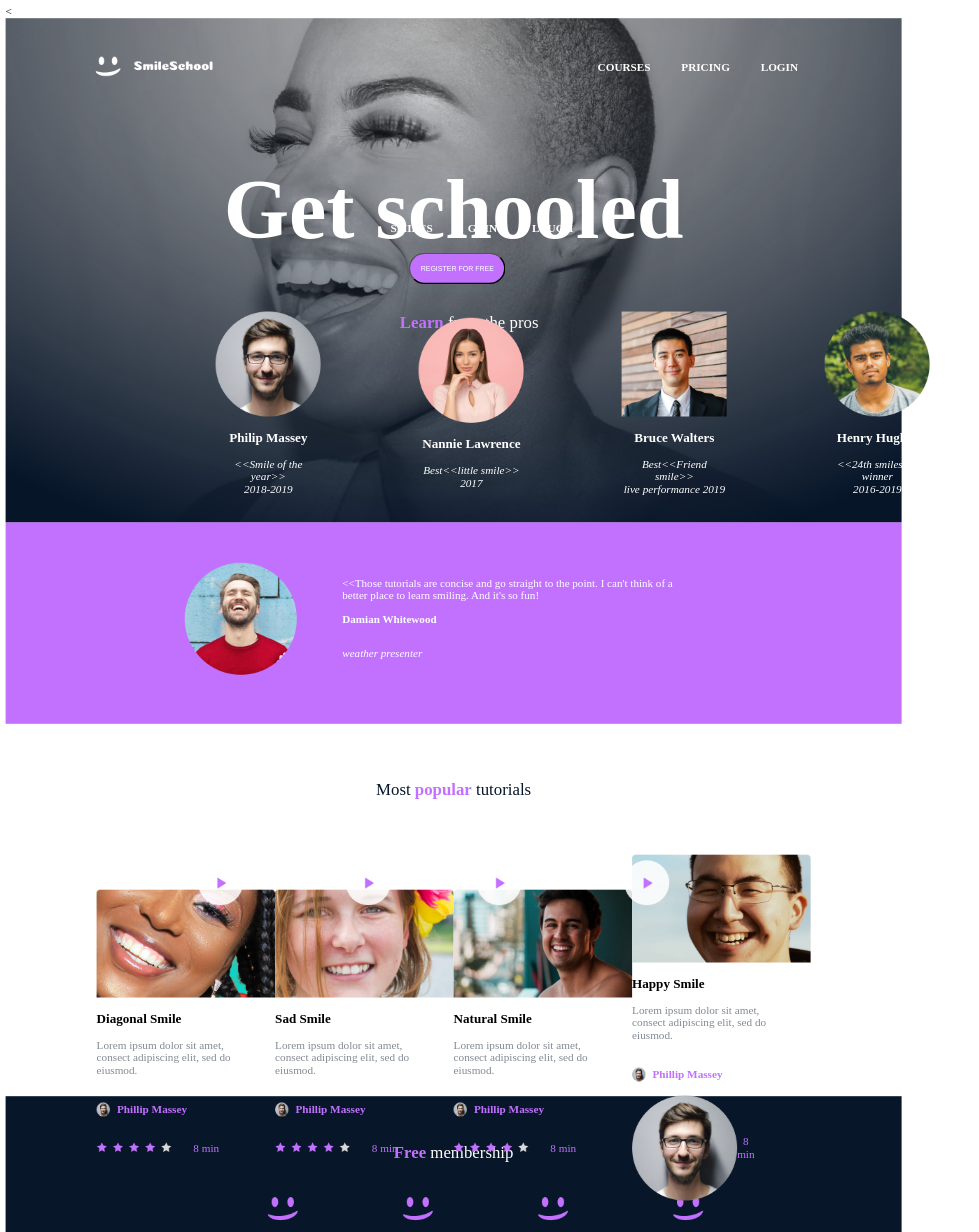
Repository: Patience225/alx_html_css
Page: css_advanced/index.html
These files come from the project's save history. The page is drawn as it stood at one moment and after a run of saves; the edit follows.
The browser window is 1280 px wide. The page is 1398 px wide, so the pictures cover 1398 px, including what lies to the right of the window. The pictures show the part of the page from y = 0 to 1760 px (the page is 2946 px tall before and 2928 px after), at 70% of full size.

Above is the page before, as saved 2025-01-03 11:28:16.

After the next 3 saves:
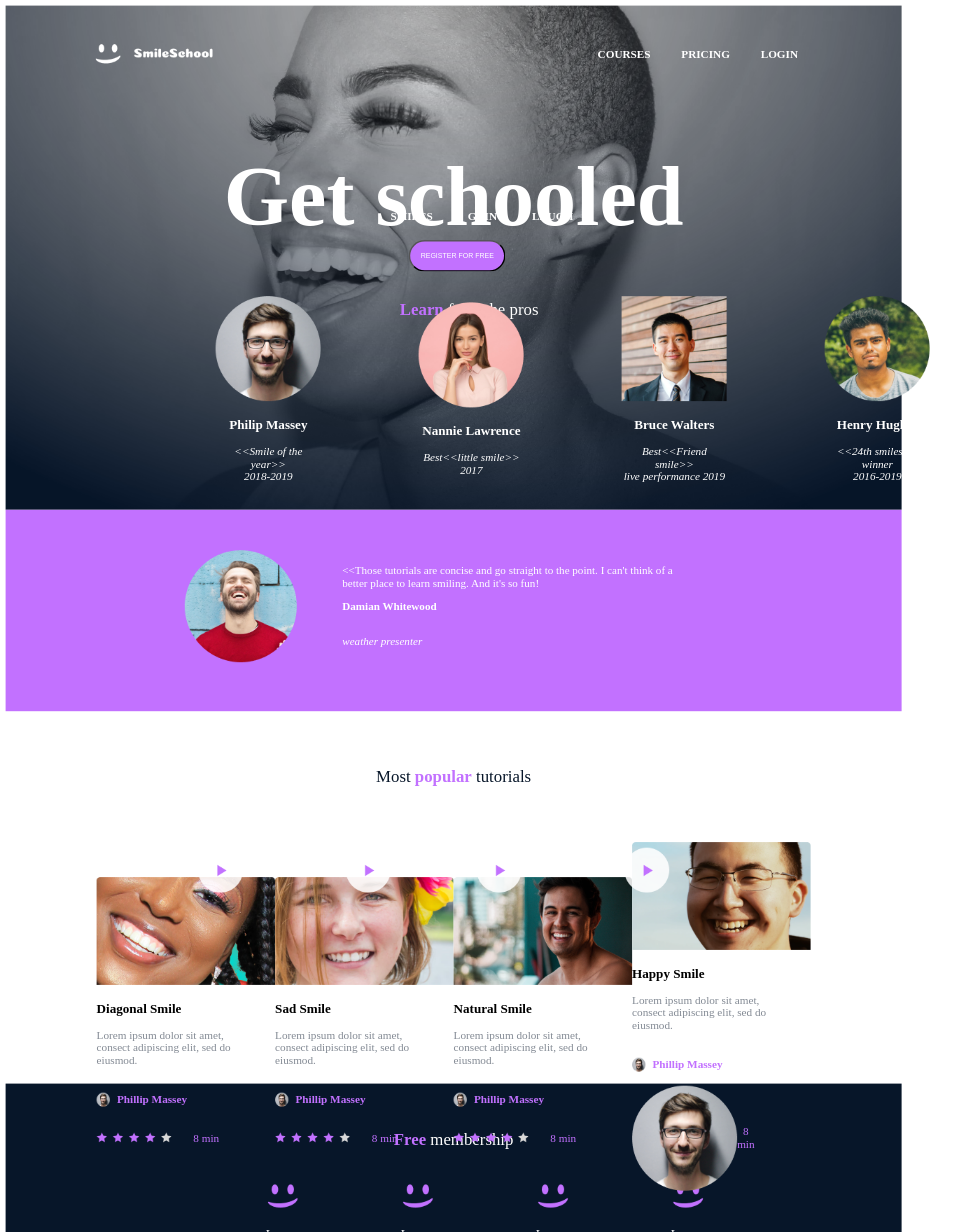
The 3 saves are shown as one change because they came seconds apart.
The last was saved 12 s later.
--- a/css_advanced/index.html
+++ b/css_advanced/index.html
@@ -1,4 +1,4 @@
-<<!DOCTYPE html>
+<!DOCTYPE html>
 <html lang="en">
   <head>
     <meta charset="UTF-8" />

After the save that followed:
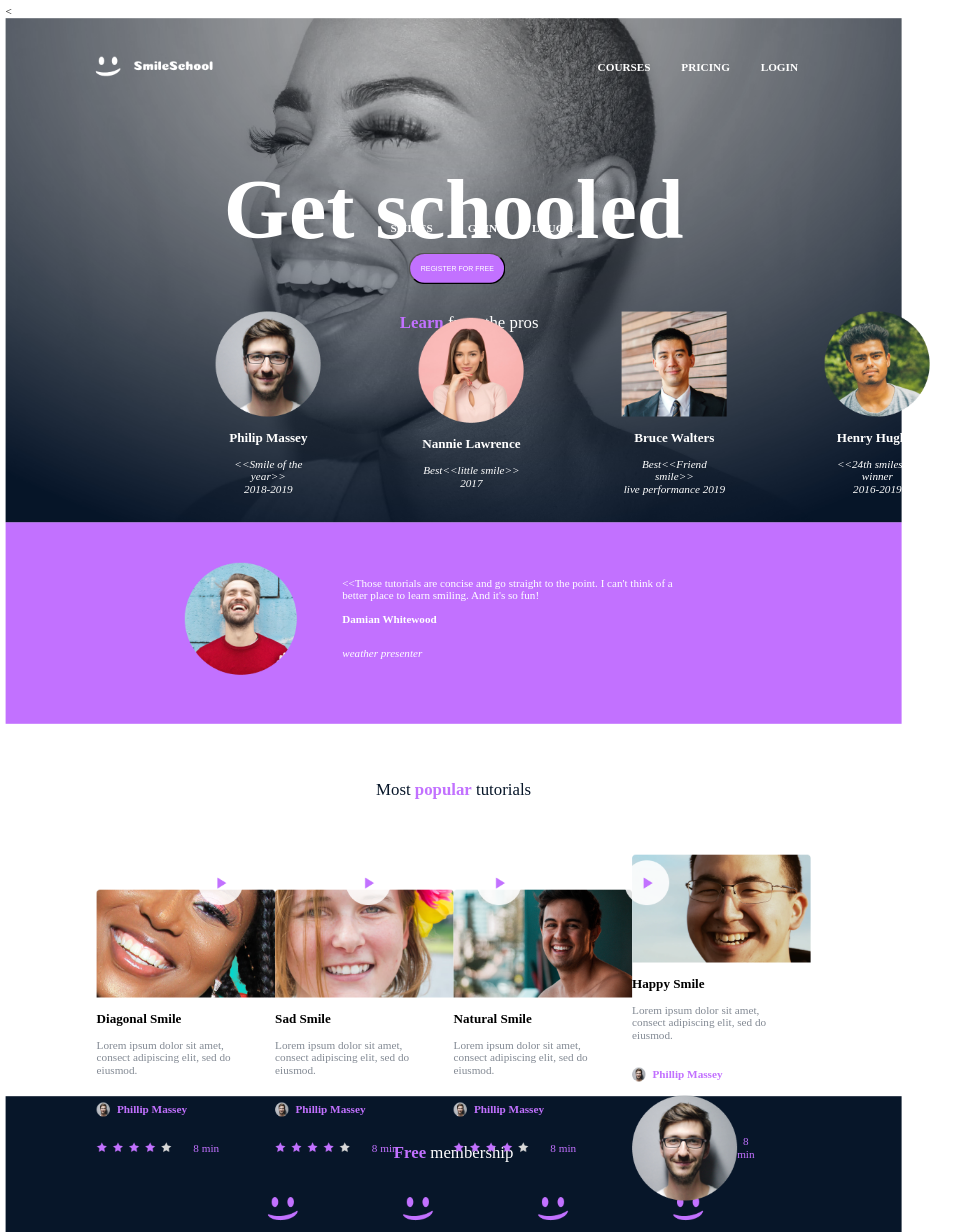
Saved 31 s later.
--- a/css_advanced/index.html
+++ b/css_advanced/index.html
@@ -1,4 +1,4 @@
-<!DOCTYPE html>
+<<!DOCTYPE html>
 <html lang="en">
   <head>
     <meta charset="UTF-8" />
